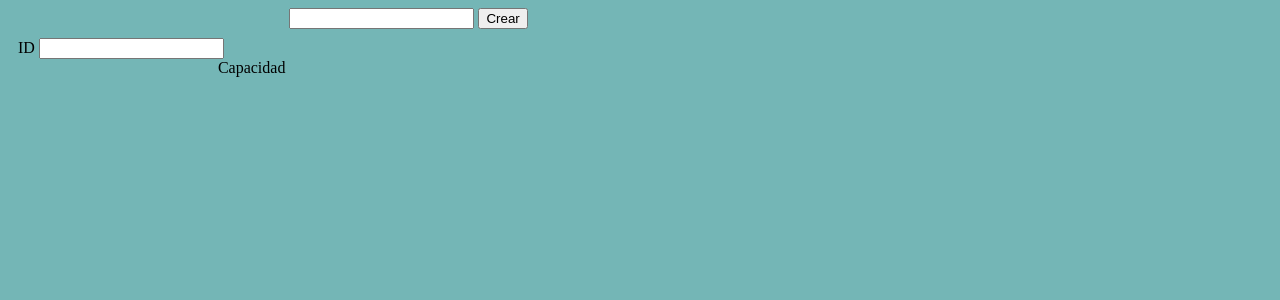
Repository: Robin-Rivadeneira/prueva_pablo
Page: index.html
An editor plug-in stored every save of this project. The page is shown before and after the next save, followed by the edit.
The browser window is 1280 px wide. The pictures show the whole page.

Above is the page before, as saved 2020-01-16 20:28:20.

After the next save:
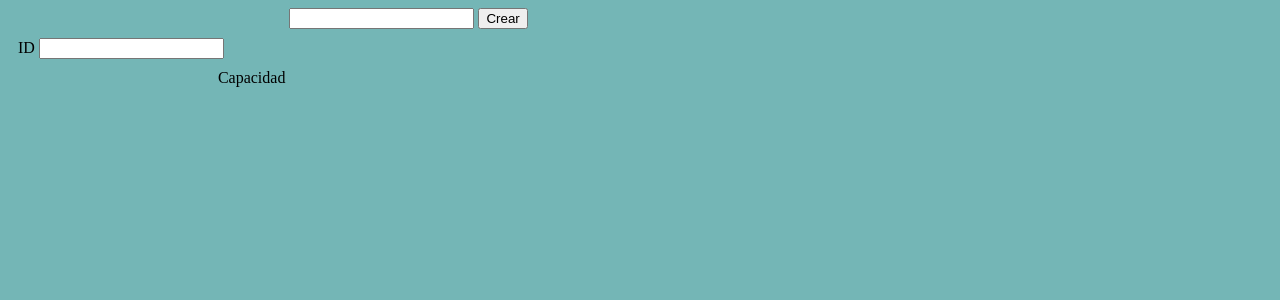
Saved 8 s later.
--- a/css/bomberos.css
+++ b/css/bomberos.css
@@ -14,5 +14,5 @@ body{
 
 .capacidad{
     position: relative;
-    top: 50px;
+    top: 60px;
 }
